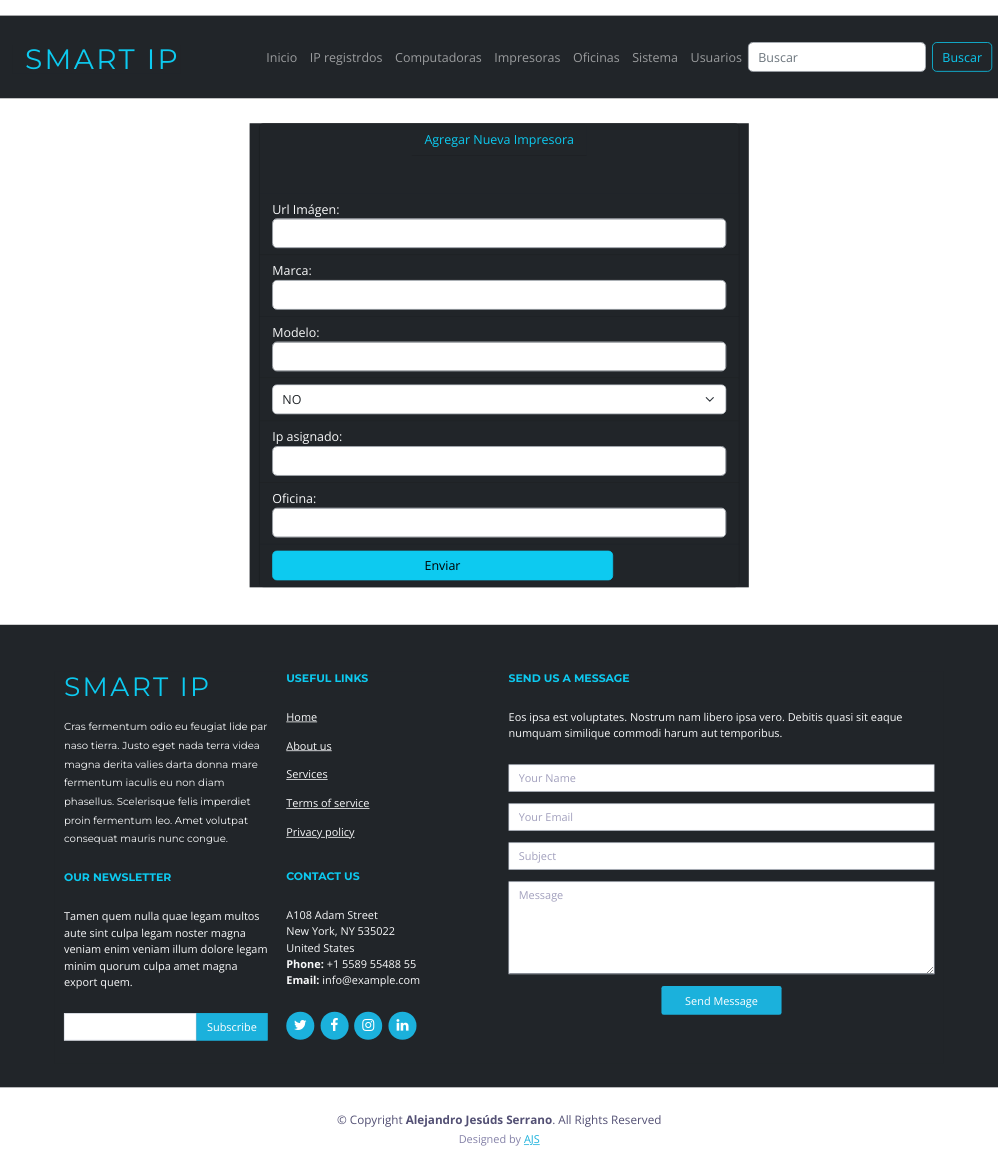
Repository: AlejandroJesusSerrano/SmartIPs
Page: smartip/smartipnav/templates/smartipnav/printer_form.html
These files come from the project's save history. The page is drawn as it stood at one moment and after the next save; the edit follows.
The browser window is 1280 px wide. The pictures show the whole page, at 78% of full size.
The page is served by the project's application, run on Django 4.2 (smartip/manage.py). The template is opened directly, without the code that normally fills it, so the values that code supplies are empty.

Above is the page before, as saved 2022-11-14 09:13:34.

After the next save:
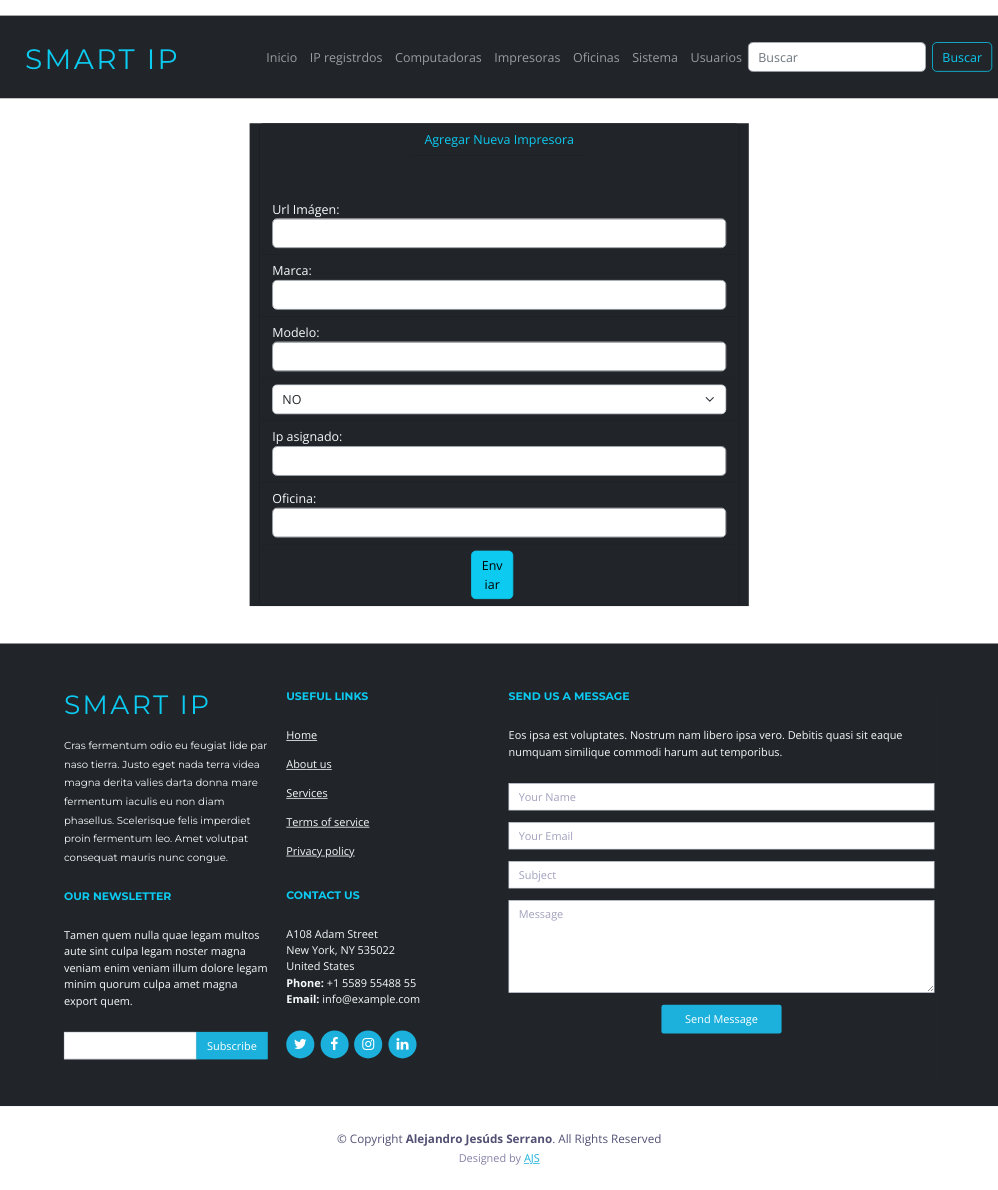
Saved 10 s later.
--- a/smartip/smartipnav/templates/smartipnav/printer_form.html
+++ b/smartip/smartipnav/templates/smartipnav/printer_form.html
@@ -36,7 +36,7 @@
                         <label class="form-control-label text-light" for="printer_office">Oficina: </label>
                         <input class="form-control" type="text" namr="printer_office" id="printer_office">
                     </li>
-                    <li class="list-group-item bg-dark">
+                    <li class="list-group-item bg-dark mx-auto">
                         <button type="submit" class="btn btn-info mx-auto w-75">Enviar</button>
                     </li>
                   </ul>
